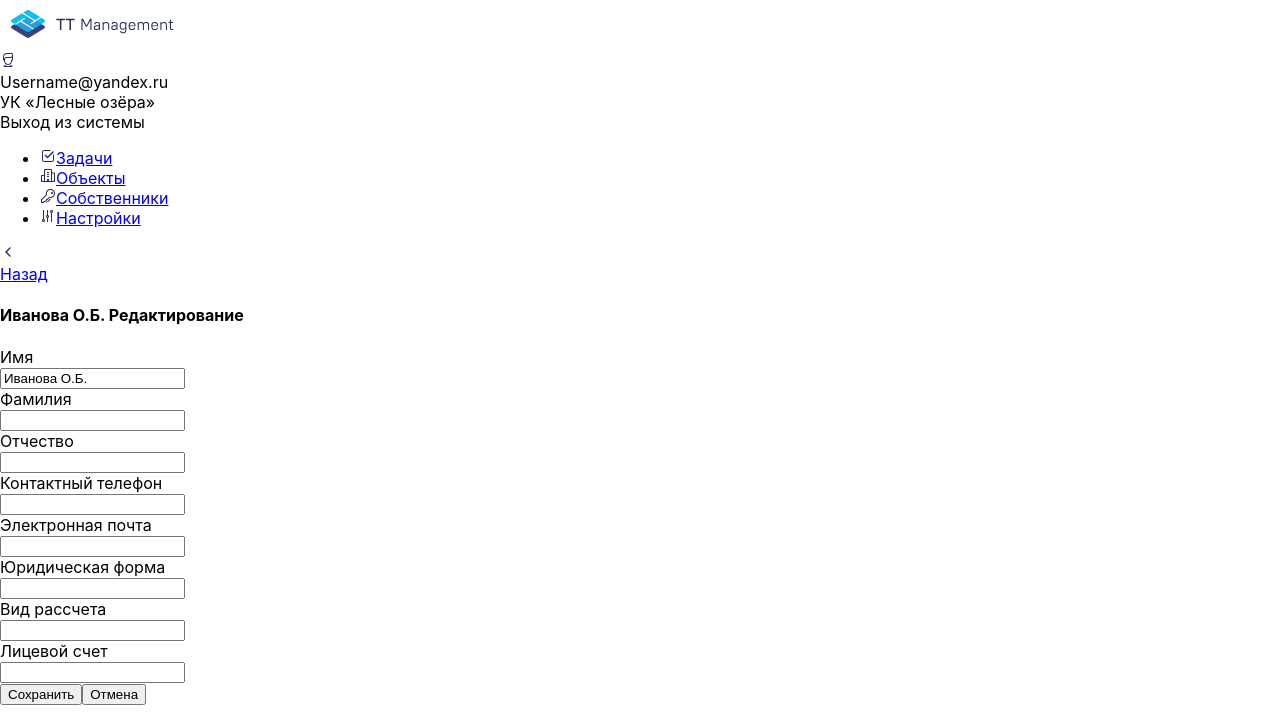
Repository: TryBr/tt-management
Page: /owners/1/edit
An editor plug-in stored every save of this project. The page is shown before and after the next save, followed by the edit.
The browser window is 1280 px wide. The pictures show the whole page.
The project was rebuilt for these pictures with package versions that can differ from the ones it lists, and the page was loaded fresh each time. Also part of the build but not shown: src/App.css, src/TaskDetail.js, src/Owners.js, src/OwnerDetail.js.

Above is the page before, as saved 2020-07-21 10:56:05.

### public/index.html
<!DOCTYPE html>
<html lang="en">
  <head>
    <meta charset="utf-8" />
    <link rel="icon" href="%PUBLIC_URL%/favicon.ico" />
    <meta name="viewport" content="width=device-width, initial-scale=1" />
    <meta name="theme-color" content="#000000" />
    <meta
      name="description"
      content="Web site created using create-react-app"
    />
    <link rel="apple-touch-icon" href="%PUBLIC_URL%/logo192.png" />
    <!--
      manifest.json provides metadata used when your web app is installed on a
      user's mobile device or desktop. See https://developers.google.com/web/fundamentals/web-app-manifest/
    -->
    <link rel="manifest" href="%PUBLIC_URL%/manifest.json" />
    <!--
      Notice the use of %PUBLIC_URL% in the tags above.
      It will be replaced with the URL of the `public` folder during the build.
      Only files inside the `public` folder can be referenced from the HTML.

      Unlike "/favicon.ico" or "favicon.ico", "%PUBLIC_URL%/favicon.ico" will
      work correctly both with client-side routing and a non-root public URL.
      Learn how to configure a non-root public URL by running `npm run build`.
    -->
    <title>TT Management</title>
  </head>
  <body>
    <noscript>You need to enable JavaScript to run this app.</noscript>
    <div id="root"></div>
    <!--
      This HTML file is a template.
      If you open it directly in the browser, you will see an empty page.

      You can add webfonts, meta tags, or analytics to this file.
      The build step will place the bundled scripts into the <body> tag.

      To begin the development, run `npm start` or `yarn start`.
      To create a production bundle, use `npm run build` or `yarn build`.
    -->
  </body>
</html>

### src/OwnerEdit.js
import React, { Fragment } from "react";

import { PageHeader, Row, Col, Form, Button, Input } from 'antd';


import {
    Link,
    useParams,
    useRouteMatch
} from "react-router-dom";

const BackIcon = () => (
    <svg width="16" height="16" viewBox="0 0 16 16" fill="none" xmlns="http://www.w3.org/2000/svg">
    <path fill-rule="evenodd" clip-rule="evenodd" d="M9.5 3.49994C9.77614 3.2238 10.2239 3.2238 10.5 3.49994C10.7761 3.77608 10.7761 4.2238 10.5 4.49994L7 7.99994L10.5 11.4999C10.7761 11.7761 10.7761 12.2238 10.5 12.4999C10.2239 12.7761 9.77614 12.7761 9.5 12.4999L5 7.99994L9.5 3.49994Z" fill="#272F5A"/>
    </svg>
);

const OwnerEdit = ({ owner }) => {

    let { id } = useParams();
    let { url } = useRouteMatch();

    const onFinish = values => {
        console.log('Success:', values);
    };

    return (
        <div className="owner-detail">
            <Link to={`/owners/${id}`}>
                <PageHeader
                    className="site-page-header"
                    onBack={() => null}
                    title="Назад"
                    backIcon={<BackIcon />}
                />
            </Link>
            <h1 className="page-title">{owner[id].fio} Редактирование</h1>

            <Row>
                <Col span={12}>
                        <Form layout={"vertical"} size={"middle"} onFinish={onFinish}>
                            <Form.Item label="Имя" name="name" initialValue={owner[id].fio} >
                                <Input value={owner[id].fio} />
                            </Form.Item>
                            <Form.Item label="Фамилия" name="lastname">
                                <Input value={owner[id].fio} />
                            </Form.Item>
                            <Form.Item label="Отчество" name="patronymic">
                                <Input value={owner[id].fio} />
                            </Form.Item>
                            <Form.Item label="Контактный телефон" name="phone">
                                <Input value={owner[id].phone} />
                            </Form.Item>
                            <Form.Item label="Электронная почта" name="email">
                                <Input value={owner[id].email}/>
                            </Form.Item>
                            <Form.Item label="Юридическая форма" name="legalform">
                                <Input value={owner[id].legalForm} />
                            </Form.Item>
                            <Form.Item label="Вид рассчета" name="paytype">
                                <Input value={owner[id].payType} />
                            </Form.Item>
                            <Form.Item label="Лицевой счет" name="accountnumber">
                                <Input value={owner[id].accountNumber} />
                            </Form.Item>

                            <Form.Item>
                                <Button type="primary" htmlType="submit">Сохранить</Button>
                                <Button type="default">Отмена</Button>
                            </Form.Item>
                        </Form>
                </Col>
            </Row>

        </div>
    );

}

export default OwnerEdit;

Loaded but not shown: src/index.js (common file); src/index.css (common file); src/serviceWorker.js (common file); src/App.js (201 lines, source omitted)

After the next save:
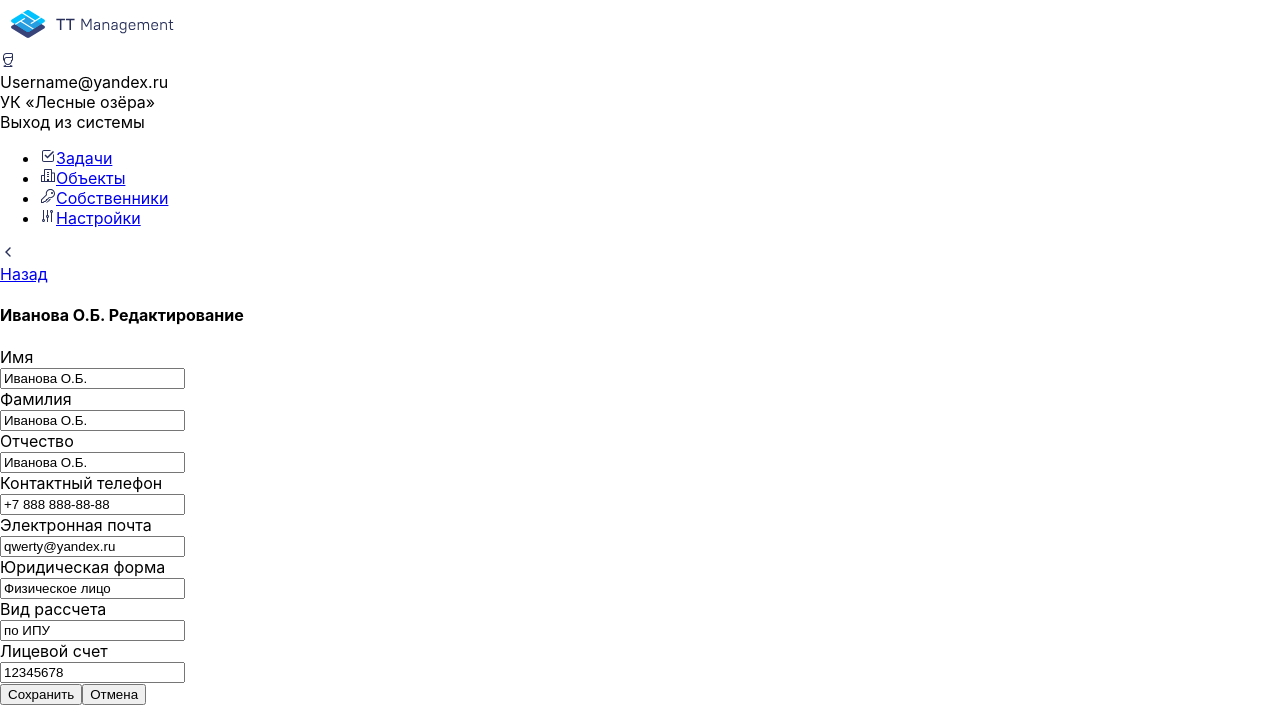
Saved 67 s later.
--- a/src/OwnerEdit.js
+++ b/src/OwnerEdit.js
@@ -40,28 +40,28 @@ const OwnerEdit = ({ owner }) => {
                 <Col span={12}>
                         <Form layout={"vertical"} size={"middle"} onFinish={onFinish}>
                             <Form.Item label="Имя" name="name" initialValue={owner[id].fio} >
-                                <Input value={owner[id].fio} />
+                                <Input />
                             </Form.Item>
-                            <Form.Item label="Фамилия" name="lastname">
-                                <Input value={owner[id].fio} />
+                            <Form.Item label="Фамилия" name="lastname" initialValue={owner[id].fio}>
+                                <Input />
                             </Form.Item>
-                            <Form.Item label="Отчество" name="patronymic">
-                                <Input value={owner[id].fio} />
+                            <Form.Item label="Отчество" name="patronymic" initialValue={owner[id].fio}>
+                                <Input />
                             </Form.Item>
-                            <Form.Item label="Контактный телефон" name="phone">
-                                <Input value={owner[id].phone} />
+                            <Form.Item label="Контактный телефон" name="phone" initialValue={owner[id].phone}>
+                                <Input />
                             </Form.Item>
-                            <Form.Item label="Электронная почта" name="email">
-                                <Input value={owner[id].email}/>
+                            <Form.Item label="Электронная почта" name="email" initialValue={owner[id].email}>
+                                <Input />
                             </Form.Item>
-                            <Form.Item label="Юридическая форма" name="legalform">
-                                <Input value={owner[id].legalForm} />
+                            <Form.Item label="Юридическая форма" name="legalform" initialValue={owner[id].legalForm}>
+                                <Input />
                             </Form.Item>
-                            <Form.Item label="Вид рассчета" name="paytype">
-                                <Input value={owner[id].payType} />
+                            <Form.Item label="Вид рассчета" name="paytype" initialValue={owner[id].payType}>
+                                <Input />
                             </Form.Item>
-                            <Form.Item label="Лицевой счет" name="accountnumber">
-                                <Input value={owner[id].accountNumber} />
+                            <Form.Item label="Лицевой счет" name="accountnumber" initialValue={owner[id].accountNumber}>
+                                <Input />
                             </Form.Item>
 
                             <Form.Item>
